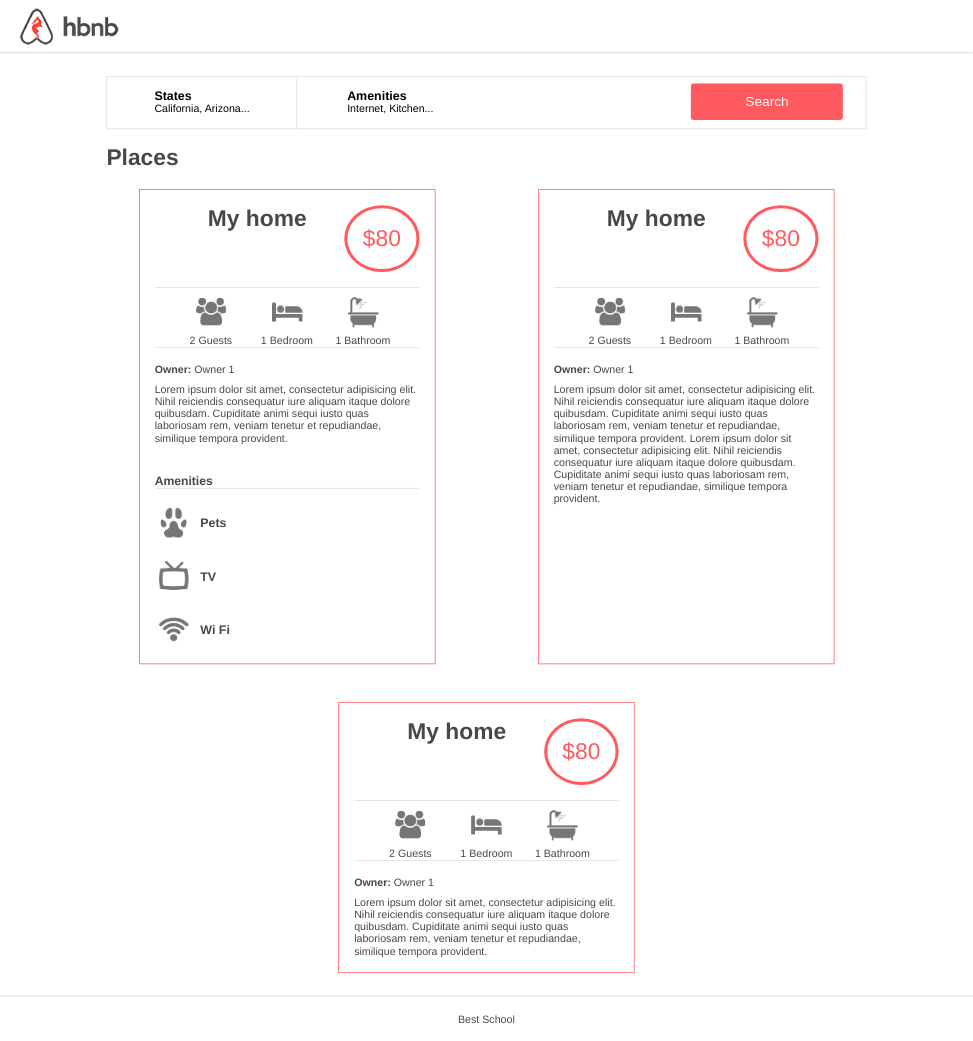
Repository: Eng-0marleves/AirBnB_clone
Page: web_static/100-index.html
The author's editor kept a copy of each file at every save. The page is drawn from the files as they stood at one save, then again after the next save.
The browser window is 1280 px wide. The pictures show the whole page, at 76% of full size.

Above is the page before, as saved 2023-12-18 08:16:38.

### web_static/100-index.html
<!DOCTYPE html>
<html lang="en">

<head>
	<meta charset="UTF-8">
	<meta name="viewport" content="width=device-width, initial-scale=1.0">
	<title>AirBnB Clone</title>
	<link rel="icon" href="images/icon.png">

	<link rel="stylesheet" href="styles/4-common.css">
	<link rel="stylesheet" href="styles/3-header.css">
	<link rel="stylesheet" href="styles/3-footer.css">
	<link rel="stylesheet" href="styles/6-filters.css">
	<link rel="stylesheet" href="styles/100-places.css">
</head>

<body>
	<header>
		<div class="logo"></div>
	</header>

	<div class="container">
		<section class="filters">
			<div class="locations">
				<h3 class="title">States</h3>
				<h4 class="subtitle">California, Arizona...</h4>
				<div class="dropdowen">
					<h3>Arizona:</h3>
					<ul class="popover">
						<li>
							<h4>Page 1</h4>
							<h4>Page 2</h4>
						</li>
						<h3>Arizona:</h3>
						<li>
							<h4>San Francisco</h4>
							<h4>Los Altos</h4>
						</li>
					</ul>
				</div>
			</div>
			<div class="amenities">
				<h3 class="title">Amenities</h3>
				<h4 class="subtitle">Internet, Kitchen...</h4>
				<div class="dropdowen">
					<ul>
						<h3>Internet:</h3>
						<li>
							<h4>TV</h4>
						</li>
						<h3>Kitchen:</h3>
						<li>
							<h4>Iron</h4>
						</li>
					</ul>
				</div>
			</div>
			<button>Search</button>
		</section>
		<section class="places">
			<h1>Places</h1>
			<div class="places-container">
				<article>
					<div class="header">
						<h2>My home</h2>
						<div class="price_by_night">
							$80
						</div>
					</div>
					<div class="information">
						<div class="max_guest">
							<img src="images/icon_group.png" alt="">
							<p>2 Guests</p>
						</div>
						<div class="number_rooms">
							<img src="images/icon_bed.png" alt="">
							<p>1 Bedroom</p>
						</div>
						<div class="number_bathrooms">
							<img src="images/icon_bath.png" alt="">
							<p>1 Bathroom</p>
						</div>
					</div>
					<div class="user">
						<b>Owner:</b> Owner 1
					</div>
					<div class="description">
						Lorem ipsum dolor sit amet, consectetur adipisicing elit. Nihil reiciendis consequatur iure
						aliquam itaque dolore quibusdam. Cupiditate animi sequi iusto quas laboriosam rem, veniam
						tenetur et repudiandae, similique tempora provident.
					</div>
					<div class="amenities">
						<h2>Amenities</h2>
						<ul>
							<li>
								<img src="images/icon_pets.png" alt="">
								<h3>Pets</h3>
							</li>
							<li>
								<img src="images/icon_tv.png" alt="">
								<h3>TV</h3>
							</li>
							<li>
								<img src="images/icon_wifi.png" alt="">
								<h3>Wi Fi</h3>
							</li>
						</ul>
					</div>
				</article>
				<article>
					<div class="header">
						<h2>My home</h2>
						<div class="price_by_night">
							$80
						</div>
					</div>
					<div class="information">
						<div class="max_guest">
							<img src="images/icon_group.png" alt="">
							<p>2 Guests</p>
						</div>
						<div class="number_rooms">
							<img src="images/icon_bed.png" alt="">
							<p>1 Bedroom</p>
						</div>
						<div class="number_bathrooms">
							<img src="images/icon_bath.png" alt="">
							<p>1 Bathroom</p>
						</div>
					</div>
					<div class="user">
						<b>Owner:</b> Owner 1
					</div>
					<div class="description">
						Lorem ipsum dolor sit amet, consectetur adipisicing elit. Nihil reiciendis consequatur iure
						aliquam itaque dolore quibusdam. Cupiditate animi sequi iusto quas laboriosam rem, veniam
						tenetur et repudiandae, similique tempora provident.
						Lorem ipsum dolor sit amet, consectetur adipisicing elit. Nihil reiciendis consequatur iure
						aliquam itaque dolore quibusdam. Cupiditate animi sequi iusto quas laboriosam rem, veniam
						tenetur et repudiandae, similique tempora provident.
					</div>
				</article>
				<article>
					<div class="header">
						<h2>My home</h2>
						<div class="price_by_night">
							$80
						</div>
					</div>
					<div class="information">
						<div class="max_guest">
							<img src="images/icon_group.png" alt="">
							<p>2 Guests</p>
						</div>
						<div class="number_rooms">
							<img src="images/icon_bed.png" alt="">
							<p>1 Bedroom</p>
						</div>
						<div class="number_bathrooms">
							<img src="images/icon_bath.png" alt="">
							<p>1 Bathroom</p>
						</div>
					</div>
					<div class="user">
						<b>Owner:</b> Owner 1
					</div>
					<div class="description">
						Lorem ipsum dolor sit amet, consectetur adipisicing elit. Nihil reiciendis consequatur iure
						aliquam itaque dolore quibusdam. Cupiditate animi sequi iusto quas laboriosam rem, veniam
						tenetur et repudiandae, similique tempora provident.
					</div>
				</article>
			</div>
		</section>
	</div>

	<footer>
		<p>Best School</p>
	</footer>
</body>

</html>

### web_static/styles/4-common.css
* {
  margin: 0;
  padding: 0;
  box-sizing: border-box;
  list-style: none;
}
body {
  margin: 0;
  padding: 0;
  color: #484848;
  font-size: 14px;
  font-family: Circular, "Helvetica Neue", Helvetica, Arial, sans-serif;
}

### web_static/styles/3-header.css
header {
  color: white;
  height: 70px;
  width: 100%;
  border-bottom: 1px solid #cccccc;
}

.logo {
  height: 100%;
  background: url("../images/logo.png") no-repeat;
  background-position: left;
  margin-left: 20px;
}

### web_static/styles/3-footer.css
footer {
  background-color: white;
  height: 60px;
  width: 100%;
  border-top: 1px solid #cccccc;
  position: absolute;
  bottom: 0;
  left: 0;
  display: flex;
  justify-content: center;
  align-items: center;
}

footer p {
  text-align: center;
  padding: 6px;
}

### web_static/styles/6-filters.css
.container {
  max-width: 1000px;
  margin: 30px auto;
}

.filters {
  color: white;
  height: 70px;
  width: 100%;
  border: 1px solid #dddddd;
}

.container button {
  display: block;
  font-size: 18px;
  color: #ffffff;
  background: #ff5a5f;
  height: 48px;
  width: 20%;
  border-radius: 4px;
  border: none;
  margin-left: auto;
  margin-right: 30px;
  margin-top: calc((70px + 48px) / 2 * -1);
}

.container button:hover {
  opacity: 90%;
}

.filters div {
  width: 25%;
  height: 100%;
  display: inline-block;
  color: #000;
  text-align: left;
  vertical-align: top;
  position: relative;
}

.filters div:first-child {
  border-right: 1px solid #dddddd;
}

.filters div .title {
  font-weight: 600;
  text-align: left;
  margin-left: 25%;
  margin-top: calc((70px - 40px) / 2);
}

.filters div .subtitle {
  font-weight: 400;
  font-size: 14px;
  text-align: left;
  margin-left: 25%;
}

.filters div:hover .dropdowen {
  display: block;
}

.filters div .dropdowen {
  display: none;
  position: absolute;
  top: 100%;
  left: 0;
  width: 100%;
  height: fit-content;
  background-color: #fafafa;
  border: 1px solid #dddddd;
  border-radius: 4px;
  box-shadow: 0 2px 4px rgba(0, 0, 0, 0.1);
}

.filters div .dropdowen h3 {
  font-size: 16px;
  margin: 10px;
}

.filters div .dropdowen li {
  margin: 5px 20px;
}

.filters div .title {
  font-weight: 600;
  text-align: left;
}

.filters div .subtitle {
  font-weight: 400;
  font-size: 14px;
  text-align: left;
}

### web_static/styles/100-places.css
.places {
  margin-top: 20px;
}

.places h1 {
  font-size: 30px;
  margin-bottom: 25px;
}

.places .places-container {
  display: flex;
  justify-content: space-around;
  align-items: stretch;
  flex-wrap: wrap;
  gap: 50px;
}

.places article {
  width: 390px;
  border: 1px solid #ff5a5f;
  padding: 20px;
}

.places article .header {
  display: flex;
  justify-content: flex-end;
  margin-bottom: 20px;
}

.places article .header h2 {
  font-size: 30px;
  text-align: center;
  margin-right: 50px;
}

.places article .header .price_by_night {
  color: #ff5a5f;
  border: 4px solid #ff5a5f;
  min-width: 60px;
  height: 60px;
  font-size: 30px;
  display: flex;
  justify-content: center;
  align-items: center;
  padding: 40px 20px;
  border-radius: 50%;
}

.places article .information {
  height: 80px;
  border-top: 1px solid #dddddd;
  border-bottom: 1px solid #dddddd;
  padding: 5px 20px 0 20px;
  display: flex;
  justify-content: center;
  align-items: center;
  flex-direction: row;
  flex-wrap: wrap;
  text-align: center;
  margin: 20px 0;
}

.places article .information div {
  width: 100px;
}

.places article .user {
  margin-bottom: 10px;
}

.places article .amenities {
  margin-top: 40px;
}

.places article .amenities h2 {
  font-size: 16px;
  border-bottom: 1px solid #dddddd;
}

.places article ul li {
  margin-top: 20px;
  font-size: 14px;
  display: flex;
  align-items: center;
  gap: 10px;
}

.places article ul li p {
  font-size: 12px;
}

footer {
  position: relative;
}

After the next save:
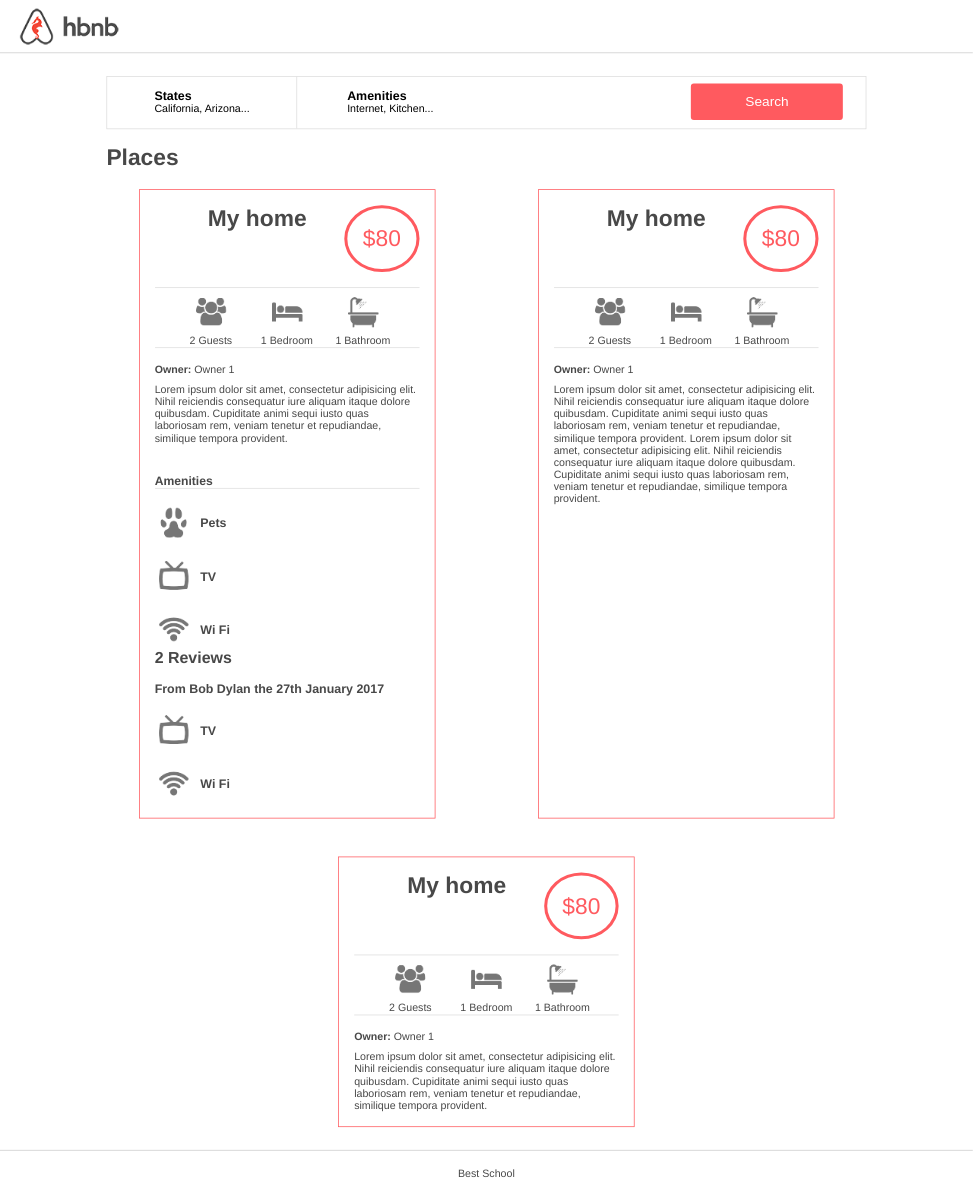
Saved 67 s later.
--- a/web_static/100-index.html
+++ b/web_static/100-index.html
@@ -106,6 +106,22 @@
 							</li>
 						</ul>
 					</div>
+					<div class="reviews">
+						<h2>2 Reviews</h2>
+						<ul>
+							<li>
+								<h3>From Bob Dylan the 27th January 2017</h3>
+							</li>
+							<li>
+								<img src="images/icon_tv.png" alt="">
+								<h3>TV</h3>
+							</li>
+							<li>
+								<img src="images/icon_wifi.png" alt="">
+								<h3>Wi Fi</h3>
+							</li>
+						</ul>
+					</div>
 				</article>
 				<article>
 					<div class="header">
